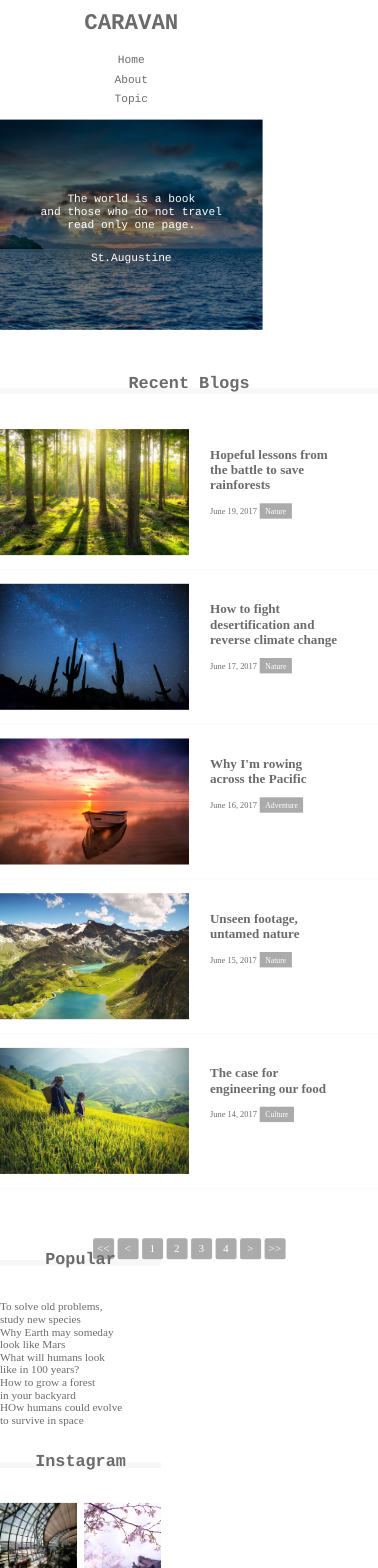
Repository: kk-um/advance1
Page: caravan/index.html
The author's editor kept a record of every edit. The page is drawn from the files as they stood at one moment, then again after the next edit.
The browser window is 375 px wide. The page is 540 px wide, then 375 px, so the pictures cover 540 px, including what lies to the right of the window. The pictures show the part of the page from y = 0 to 2240 px (the page is 2981 px tall before and 3209 px after), at 70% of full size.
Some web libraries are served in a nearby version.

Above is the page before.

### caravan/index.html
<!DOCTYPE html>
<html lang="ja">
  <head>
    <meta charset="UTF-8" />
    <meta name="viewport" content="width=device-width,initial-scale=1.0">
    <script src="https://kit.fontawesome.com/df90ce326d.js" crossorigin="anonymous"></script>
    <link rel="stylesheet" href="style.css" />
    <title>CARAVAN</title>
  </head>

  <body>
   <header>
     <h1 class="heading">
       <a href="index.html">
       CARAVAN
       </a>
     </h1>

     <div class="social">
       <i class="fa-brands fa-square-facebook"></i>
       <i class="fa-brands fa-square-twitter"></i>
       <i class="fa-brands fa-instagram"></i>
     </div>
   </header>

   <nav>
     <ul class="nav-list">
       <li class="nav-list-item">
         <a href="index.html">Home</a>
       </li>
       <li class="nav-list-item">About</li>
       <li class="nav-list-item">Topic</li>
     </ul>
   </nav>

    <div class="main-visual">
      <div class="main-visual-content">
          <p class="main-visual-text">
              The world is a book<br />
              and those who do not travel<br />
              read only one page.
          </p>

          <p class="main-visual-name">
              St.Augustine
          </p>
      </div>
    </div>


    <main>
      <section class="blog">
        <h2 class="blog-heading">Recent Blogs</h2>

      <div class="blog-box">
        <div class="blog-item">
          <img class="blog-image" src="img/forest.jpg"/>
          <section class="blog-text">
            <h3 class="blog-text-heading">
              <a href="single.html">
                Hopeful lessons from<br>
                the battle to save<br>
                rainforests
              </a>
            </h3>
            <p class="blog-date">June 19, 2017</p>
            <span class="category">Nature</span>
          </section>
        </div>

         <div class="blog-item">
          <img class="blog-image" src="img/desert.jpg"/>
          <section class="blog-text">
            <h3 class="blog-text-heading">
              <a href="single.html">
                How to fight<br>
                desertification and<br>
                reverse climate change
              </a>
            </h3>
            <p class="blog-date">June 17, 2017</p>
            <span class="category">Nature</span>
          </section>
        </div>

         <div class="blog-item">
          <img class="blog-image" src="img/sunset.jpg"/>
          <section class="blog-text">
            <h3 class="blog-text-heading">
              <a href="single.html">
                Why I'm rowing<br>
                across the Pacific<br>
              </a>
            </h3>
            <p class="blog-date">June 16, 2017</p>
            <span class="category">Adventure</span>
          </section>
        </div>

         <div class="blog-item">
          <img class="blog-image" src="img/italy.jpg"/>
          <section class="blog-text">
            <h3 class="blog-text-heading">
              <a href="single.html">
                Unseen footage,<br>
                untamed nature
              </a>
            </h3>
            <p class="blog-date">June 15, 2017</p>
            <span class="category">Nature</span>
          </section>
        </div>

         <div class="blog-item">
          <img class="blog-image" src="img/asia.jpg"/>
          <section class="blog-text">
            <h3 class="blog-text-heading">
              <a href="single.html">
                The case for<br>
                engineering our food
              </a>
            </h3>
            <p class="blog-date">June 14, 2017</p>
            <span class="category">Culture</span>
          </section>
        </div>
      </div>

      <div class="pagination">
        <p><<</p>
        <p><</p>
        <p>1</p>
        <p>2</p>
        <p>3</p>
        <p>4</p>
        <p>></p>
        <p>>></p>
      </div>
      </section>


      <div class="sidebar">

        <section class="popular">
          <h2 class="popular-heading common-heading">Popular</h2>
          <div class="sidebar-contents">
            <p class="popular-text">To solve old problems,<br>study new species</p>
            <p class="popular-text">Why Earth may someday<br>look like Mars</p>
            <p class="popular-text">What will humans look<br>like in 100 years?</p>
            <p class="popular-text">How to grow a forest<br>in your backyard</p>
            <p class="popular-text">HOw humans could evolve<br>to survive in space</p>
          </div>
        </section>

        <section class="instagram">
           <h2 class="instagram-heading common-heading">Instagram</h2>
          <div class="sidebar-contents">
            <div class="instagram-box"></div>
            <div class="instagram-box"></div>
            <div class="instagram-box"></div>
            <div class="instagram-box"></div>
            <div class="instagram-box"></div>
            <div class="instagram-box"></div>
          </div>
        </section>

        <section class="categories">
          <h2 class="categories-heading common-heading">Categories</h2>
          <div class="sidebar-contents">
            <p class="categories-text">Technology(15)</p>
            <p class="categories-text">Business(23)</p>
            <p class="categories-text">Entertainment(12)</p>
            <p class="categories-text">Nature(32)</p>
            <p class="categories-text">Education(9)</p>
            <p class="categories-text">Adventure(23)</p>
            <p class="categories-text">Communication(14)</p>
          </div>
        </section>

      </div>
    </main>


   <footer>
     <p class="footer-text"> All rights reserved by Infratop.Inc.</p>
   </footer>

  </body>
</html>

### caravan/style.css
* {
  margin: 0;
  padding: 0;
  box-sizing: border-box;
  color:#6c6b6b;
}

a{
  text-decoration: none;
}

header,nav,h2, .main-visual, footer{
  font-family: Chalkduster,"Bradley Hand",Courier,"Segoe Print",sans-serif;
}
header{
  width: 90%;
  padding: 15px 0;
  margin: 0 auto;
  text-align: center;
  position: relative;
}

.social{
  position: absolute;
  top: 22px;
  right: 22px;
}
.social i{
  display: inline-block;
  margin-left: 20px;
}


header .heading{
  font-size:32px;
}

.nav-list{
  text-align: center;
  padding: 10px 0;
  margin:0 auto;
}

.nav-list-item{
  list-style: none;
  display: inline-block;
  margin: 0 20px;
}

.main-visual{
  width:100%;
  height:300px;
  background-image: url(img/mv.jpg);
  background-size: cover;
  background-position: center;
}
.main-visual-content {
  width: 40%;
  height: 300px;
  background-color: rgba(0,0,0,0.5);
  text-align: center;
  padding-top: 105px;
}

.main-visual-text{
  color: #fff;
}

.main-visual-name{
  margin-top: 30px;
  color: #fff;
}

main{
  width: 800px;
  display: flex;
  justify-content: center;
  margin: 0 auto;
  padding: 70px 0;
}

.blog {
  width: 540px;
  margin-right: 30px;
}

.blog-heading{
  border-bottom: 8px solid #f7f7f7;
  text-align: center;
  line-height: 0.6;
}

.blog-box{
  padding-top: 50px;
}

.blog-item{
  padding-bottom: 20px;
  margin-bottom: 20px;
  border-bottom: 1px solid #f7f7f7;
  display: flex;
  justify-content: flex-start;
}

.blog-image{
  height: 180px;
}

.blog-text{
  padding:25px 0 0 30px;
}
.blog-text-heading{
  padding-bottom: 15px;
}
.blog-date{
  font-size: 12px;
  display: inline-block;
}

.category{
  display: inline-block;
  padding: 5px 8px;
  background-color: #acabab;
  color: #fff;
  font-size: 11px;
}

.pagination{
  text-align: center;
  padding-top: 50px;
}

.pagination p{
  display: inline-block;
  width: 30px;
  height: 30px;
  margin:0.5px;
  color: #fff;
  background-color: #acabab;
  border-radius: 3px;
  line-height: 30px;
}

.sidebar {
  width: 230px;
}

.common-heading{
  border-bottom: 8px solid #f7f7f7;
  text-align: center;
  line-height: 0.6px;
}

.sidebar-contents{
  padding: 50px 0;
}

.popular-text
.categories-text{
  padding-bottom: 5px;
  border-bottom: 1px solid #f7f7f7;
  margin-bottom: 5px;
}

.popular-text:last-child,
.categories-text:last-child{
  margin: 0;
  padding: 0;
  border: none;
}

.instagram .sidebar-contents{
  display: flex;
  flex-wrap: wrap;
}

.instagram-box{
  width: 110px;
  padding-top: 110px;
  background-size: cover;
  background-position: center;
  margin-bottom: 10px;
}

.instagram-box:nth-child(odd){
  margin: 0 10px 10px 0;
}

.instagram-box:nth-child(1){
  background-image: url(img/airport.jpg);
}

.instagram-box:nth-child(2){
  background-image: url(img/japan.jpg);
}

.instagram-box:nth-child(3){
  background-image: url(img/snow.jpg);
}

.instagram-box:nth-child(4){
  background-image: url(img/japan2.jpg);
}

.instagram-box:nth-child(5){
  background-image: url(img/lake.jpg);
}

.instagram-box:nth-child(6){
  background-image: url(img/road.jpg);
}

footer{
  width: 100%;
  height: 120px;
  text-align: center;
  line-height: 120px;
  background-color: #848282;
}

.footer-text{
  color: #fff;
}

@media screen and (max-width: 425px) {
  header{
    width: 100%;
  }

  .nav-list {
    width: 100%;
  }

  .nav-list-item {
    width: 100%;
    margin: 0 0 10px 0;
  }

  .social {
    display: none;
  }

   .main-visual-content {
    width: 100%;
  }

   main {
    width: 100%;
    display: block;
  }

After the next edit:
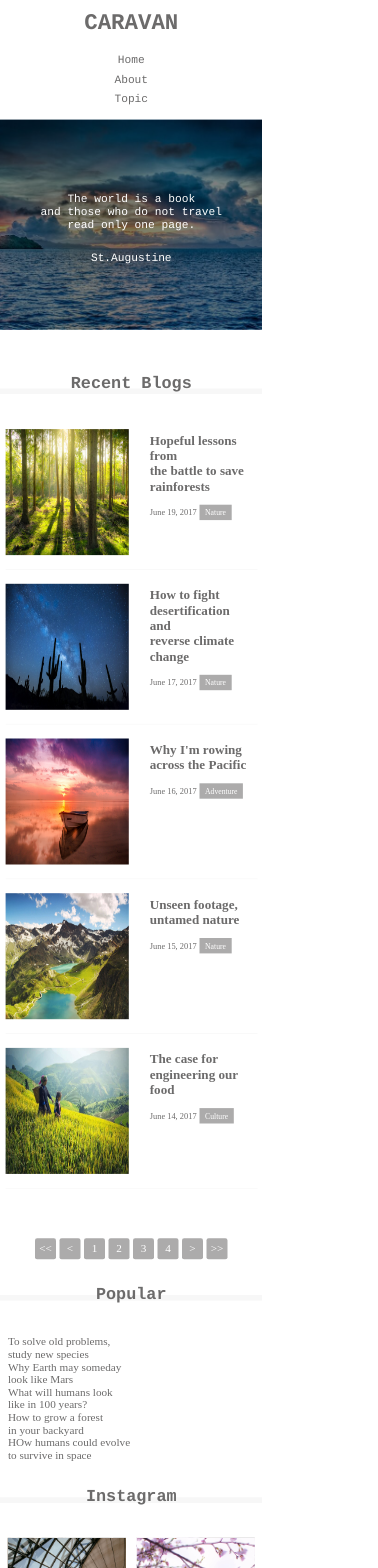
The edit:
--- a/caravan/style.css
+++ b/caravan/style.css
@@ -248,3 +248,40 @@
     width: 100%;
     display: block;
   }
+
+   .blog {
+    width: 100%;
+    margin: 0;
+  }
+  .blog-box {
+    padding-left: 2%;
+    padding-right: 2%;
+  }
+   .blog-image {
+    width: 49%;
+  }
+
+  .blog-text {
+    width: 49%;
+    padding-top: 5px;
+  }
+   .sidebar {
+    width: 100%;
+  }
+   .sidebar-contents {
+    padding-left: 3%;
+    padding-right: 3%;
+  }
+
+   .instagram-box {
+    width: 48%;
+    padding-top: 48%;
+  }
+  .instagram-box:nth-child(odd) {
+    margin-right: 4%;
+  }
+
+  .pagination {
+    margin-bottom: 50px;
+  }
+}
